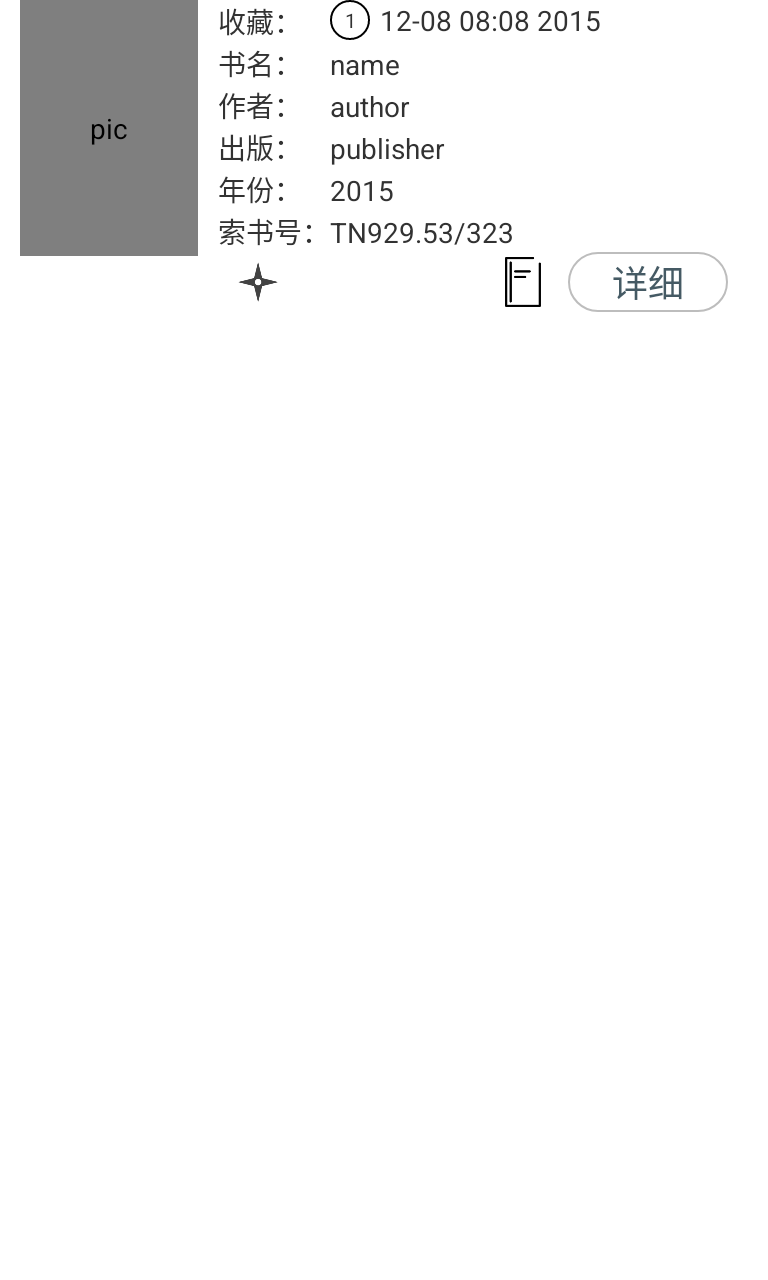
Repository: zhuyue1314/SysuLibrary
Layout: SysuLibrary-android/SysuMobileLibrary/res/layout/like_book_list_item.xml
An editor plug-in stored every save of this project. The layout is shown before and after the next save, followed by the edit.
Pictures or frames that could not be fetched are drawn as grey boxes. It is drawn on a 768 x 1280 px phone screen (xhdpi) without system bars, with theme AppTheme; the app's code is not run.

Above is the layout before, as saved 2015-12-30 11:10:51.

After the next save:
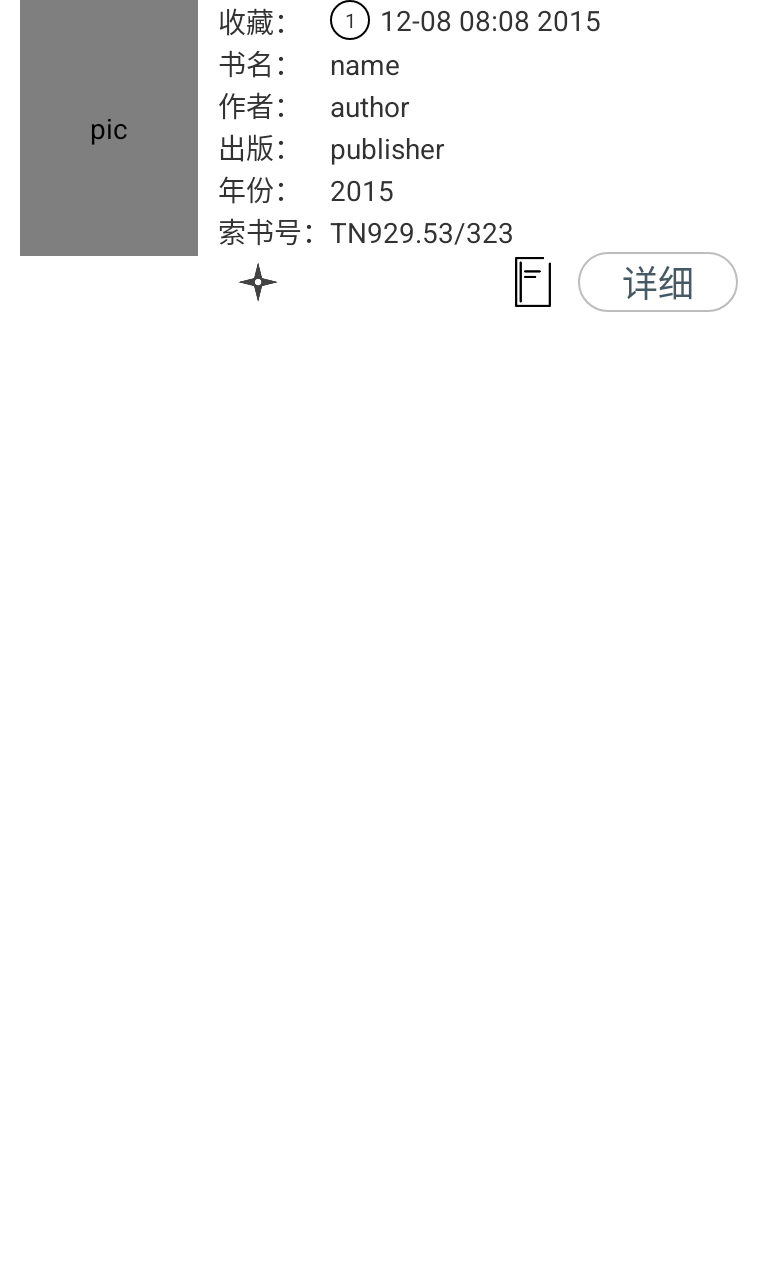
Saved 45 s later.
--- a/SysuLibrary-android/SysuMobileLibrary/res/layout/like_book_list_item.xml
+++ b/SysuLibrary-android/SysuMobileLibrary/res/layout/like_book_list_item.xml
@@ -170,7 +170,7 @@
                     android:layout_height="30dp"
                     android:layout_alignParentRight="true"
                     android:layout_marginLeft="10dp"
-                    android:layout_marginRight="10dp"
+                    android:layout_marginRight="5dp"
                     android:background="@drawable/imageview_btn_item_selector"
                     android:clickable="true"
                     android:focusable="true"
